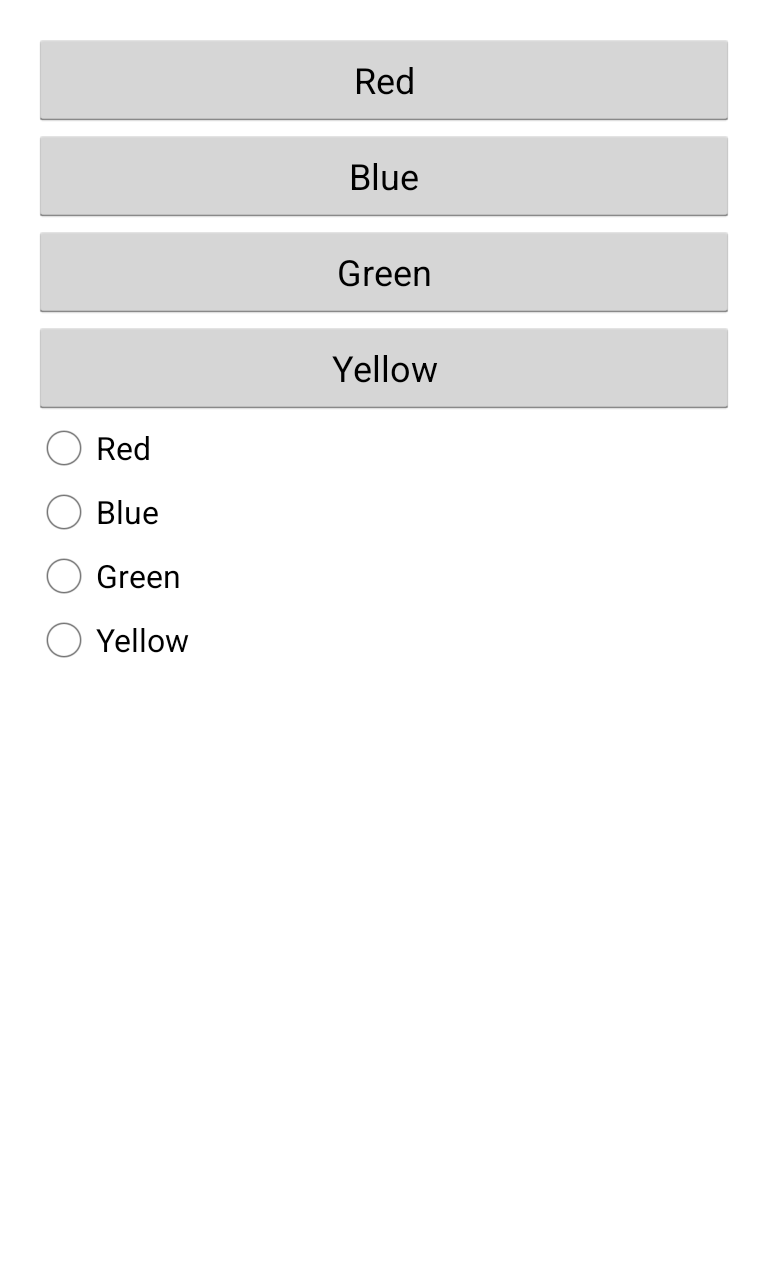
Repository: PatKelsh/IS-413
Layout: SimpleEvent/res/layout/activity_main.xml
An editor plug-in stored every save of this project. The layout is shown before and after the next save, followed by the edit.
It is drawn on a 768 x 1280 px phone screen (xhdpi) without system bars, with theme AppTheme; the app's code is not run.

Above is the layout before, as saved 2015-02-11 02:05:03.

### SimpleEvent/res/layout/activity_main.xml
<RelativeLayout xmlns:android="http://schemas.android.com/apk/res/android"
    xmlns:tools="http://schemas.android.com/tools"
    android:layout_width="match_parent"
    android:layout_height="match_parent"
    android:paddingBottom="@dimen/activity_vertical_margin"
    android:paddingLeft="@dimen/activity_horizontal_margin"
    android:paddingRight="@dimen/activity_horizontal_margin"
    android:paddingTop="@dimen/activity_vertical_margin"
    tools:context="com.example.simpleevent.MainActivity" >

    <Button
        android:id="@+id/button1"
        android:layout_height="wrap_content"
        android:layout_width="match_parent"
        android:text="@string/red_prompt"
        />
    <Button
        android:id="@+id/button2"
        android:layout_height="wrap_content"
        android:layout_width="match_parent"
        android:text="@string/blue_prompt"
        android:layout_below="@id/button1"
        />
    <Button
        android:id="@+id/button3"
        android:layout_height="wrap_content"
        android:layout_width="match_parent"
        android:text="@string/green_prompt"
        android:layout_below="@id/button2"
        />
    <Button
        android:id="@+id/button4"
        android:layout_height="wrap_content"
        android:layout_width="match_parent"
        android:text="@string/yellow_prompt"
        android:layout_below="@id/button3"
        />

    <RadioGroup
        android:layout_width="match_parent"
        android:layout_height="match_parent"
        android:layout_below="@id/button4" >

        <RadioButton
            android:id="@+id/radio_button1"
            android:layout_height="wrap_content"
            android:layout_width="wrap_content"
            android:text="@string/red_prompt"
            />
        <RadioButton
            android:id="@+id/radio_button2"
            android:layout_height="wrap_content"
            android:layout_width="wrap_content"
            android:text="@string/blue_prompt"
            />
        <RadioButton
            android:id="@+id/radio_button3"
            android:layout_height="wrap_content"
            android:layout_width="wrap_content"
            android:text="@string/green_prompt"
            />
        <RadioButton
            android:id="@+id/radio_button4"
            android:layout_height="wrap_content"
            android:layout_width="wrap_content"
            android:text="@string/yellow_prompt"
            />

    </RadioGroup>

</RelativeLayout>

### SimpleEvent/res/values/strings.xml
<?xml version="1.0" encoding="utf-8"?>
<resources>

    <string name="app_name">Simple Event</string>
    <string name="action_settings">Settings</string>
    <string name="red_prompt">Red</string>
    <string name="blue_prompt">Blue</string>
    <string name="green_prompt">Green</string>
    <string name="yellow_prompt">Yellow</string>

</resources>

Loaded but not shown: SimpleEvent/res/values/styles.xml (common file); SimpleEvent/res/values-v11/styles.xml (common file); SimpleEvent/res/values-v14/styles.xml (common file); SimpleEvent/res/values/dimens.xml (common file); SimpleEvent/res/values-w820dp/dimens.xml (common file)

After the next save:
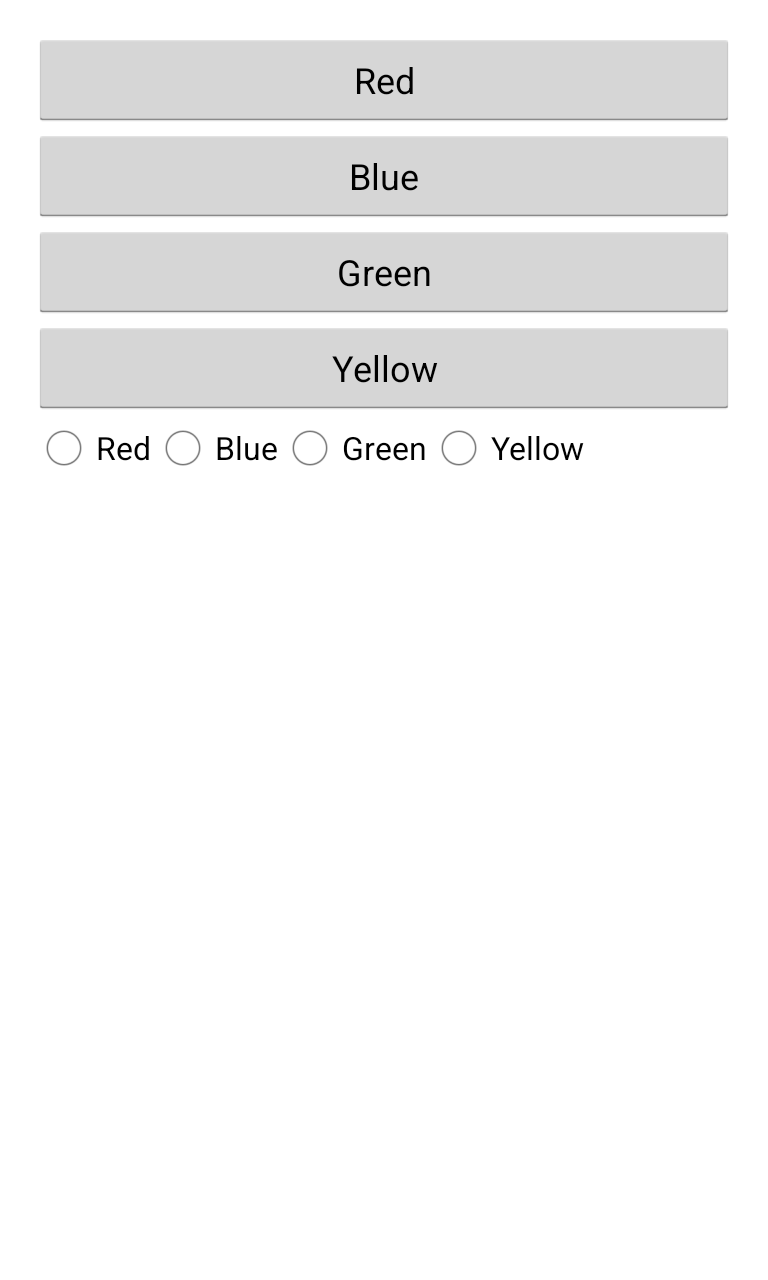
Saved 32 s later.
--- a/SimpleEvent/res/layout/activity_main.xml
+++ b/SimpleEvent/res/layout/activity_main.xml
@@ -39,6 +39,7 @@
     <RadioGroup
         android:layout_width="match_parent"
         android:layout_height="match_parent"
+        android:orientation="horizontal"
         android:layout_below="@id/button4" >
 
         <RadioButton
